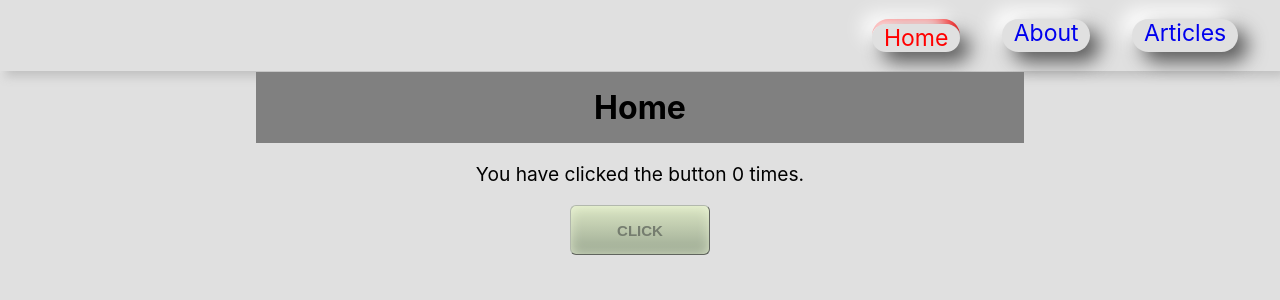
Repository: ShindanoSingi/react-software-architecture-course
Page: /
An editor plug-in stored every save of this project. The page is shown before and after the next save, followed by the edit.
The browser window is 1280 px wide. The pictures show the whole page.
The project was rebuilt for these pictures with package versions that can differ from the ones it lists, and the page was loaded fresh each time. Also part of the build but not shown: src/App.css, src/pages/About.js, src/pages/Articles.js.

Above is the page before, as saved 2022-12-26 14:11:50.

### public/index.html
<!DOCTYPE html>
<html lang="en">
  <head>
    <meta charset="utf-8" />
    <link rel="icon" href="%PUBLIC_URL%/favicon.ico" />
    <meta name="viewport" content="width=device-width, initial-scale=1" />
    <meta name="theme-color" content="#000000" />
    <meta
      name="description"
      content="Web site created using create-react-app"
    />
    <link rel="apple-touch-icon" href="%PUBLIC_URL%/logo192.png" />
    <!--
      manifest.json provides metadata used when your web app is installed on a
      user's mobile device or desktop. See https://developers.google.com/web/fundamentals/web-app-manifest/
    -->
    <link rel="manifest" href="%PUBLIC_URL%/manifest.json" />
    <!--
      Notice the use of %PUBLIC_URL% in the tags above.
      It will be replaced with the URL of the `public` folder during the build.
      Only files inside the `public` folder can be referenced from the HTML.

      Unlike "/favicon.ico" or "favicon.ico", "%PUBLIC_URL%/favicon.ico" will
      work correctly both with client-side routing and a non-root public URL.
      Learn how to configure a non-root public URL by running `npm run build`.
    -->
    <!-- {{ styles }} -->
    <title>React App</title>
  </head>
  <body>
    <noscript>You need to enable JavaScript to run this app.</noscript>
    <div id="root"></div>
    <!--
      This HTML file is a template.
      If you open it directly in the browser, you will see an empty page.

      You can add webfonts, meta tags, or analytics to this file.
      The build step will place the bundled scripts into the <body> tag.

      To begin the development, run `npm start` or `yarn start`.
      To create a production bundle, use `npm run build` or `yarn build`.
    -->
  </body>
</html>

### src/index.js
import React from 'react';
import ReactDOM from 'react-dom/client';
import './index.css';
import App from './App';
import reportWebVitals from './reportWebVitals';
import { BrowserRouter } from 'react-router-dom';
import { hydrate } from 'react-dom';

// const root = ReactDOM.createRoot(document.getElementById('root'));
hydrate(
  <BrowserRouter>
    <App />
  </BrowserRouter>,
  document.getElementById("root")
);

// If you want to start measuring performance in your app, pass a function
// to log results (for example: reportWebVitals(console.log))
// or send to an analytics endpoint. Learn more: https://bit.ly/CRA-vitals
reportWebVitals();

### src/index.css
body {
  margin: 0;
  font-family: -apple-system, BlinkMacSystemFont, 'Segoe UI', 'Roboto', 'Oxygen',
    'Ubuntu', 'Cantarell', 'Fira Sans', 'Droid Sans', 'Helvetica Neue',
    sans-serif;
  -webkit-font-smoothing: antialiased;
  -moz-osx-font-smoothing: grayscale;

  background: #e0e0e0;
  box-shadow: 5px 5px 10px #bebebe,
      -5px -5px 10px #ffffff;
}

.container::-webkit-scrollbar {
  display: none;
}

.p{
  font-size: 1.2em;
}

button{
  margin: 0 auto;
  font-size:15px;
  font-family:Arial;
  width:140px;
  height:50px;
  border-width:1px;
  color:#757d6f;
  border-color:#b2b8ad;
  font-weight:bold;
  border-top-left-radius:6px;
  border-top-right-radius:6px;
  border-bottom-left-radius:6px;
  border-bottom-right-radius:6px;
  box-shadow:inset 0px 0px 14px -3px #f2fadc;
  text-shadow:inset 0px 1px 0px #ced9bf;
  background:linear-gradient(#dbe6c4, #9ba892);
}

.button:hover {
  background-color: linear-gradient(#47583a, #91ca16);
}

.container {
  -ms-overflow-style: none;
  scrollbar-width: none;
}

code {
  font-family: source-code-pro, Menlo, Monaco, Consolas, 'Courier New',
    monospace;
}

h1 {
  text-align: center;
  margin: 0rem;
  padding: 0.5em;
}

.is-active {
  color: red;
  border-top: 5px solid red;
  border-radius: 205px;
}

.home,
.about,
.articles {
  border-radius: 205px;
  background: #e0e0e0;
  box-shadow: 10px 10px 19px #5a5a5a,
      -10px -10px 19px #ffffff;
  padding: 0 0.5em;
}

.list-container,
a {
  font-size: 1.2em;
  list-style: none;
  text-decoration: none;
  display: flex;
  justify-content: flex-end;
  gap: 1em;
  margin-right: 1em;
}

h1{
  background:grey;
}

p{
  font-size: 1.2em;
}

.nav-bar {
  position: fixed;
  width: 100%;
  top: 0;
  background: #e0e0e0;
  box-shadow: 5px 5px 10px #bebebe,
      -5px -5px 10px #ffffff;
}

.div-container {
  color: black;
}

.counter-button-contianer{
  display: grid;
  justify-content: center;
}

.container {
  position: fixed;
  top: 4.5em;
  width: 60%;
  margin: 0 20%;
  max-height: 90%;
  overflow-y: scroll;

}

### src/App.js
import React from 'react';
import './App.css';
import { Routes, Route, NavLink } from 'react-router-dom';
import Home from './pages/Home';
import About from './pages/About';
import Articles from './pages/Articles';


function App() {

   return (
   <>
      <nav className='nav-bar'>
      <ul className='list-container'>
        <NavLink to='/' className={({isActive}) => isActive ? "is-active" : null}>
          <li className='home'>Home</li>
        </NavLink>

        <NavLink to='/about' className={({isActive}) => isActive ? "is-active" : null}>
          <li className='about'>About</li>
        </NavLink>

        <NavLink to='/articles' className={({isActive}) => isActive ? "is-active" : null}>
          <li className='articles'>Articles</li>
        </NavLink>
      </ul>

    </nav>
      <Routes>
        <Route path='/' element={<Home />}/>
        <Route path='about' element={<About />}/>
        <Route path='articles' element={<Articles />}/>
      </Routes>
    </>
   )
   ;
}

 export default App;

### src/pages/Home.js
import React from 'react'
import CounterButton from './CounterButton'

function Home() {
  return (
    <div className='container'>
      <h1>Home</h1>
	<CounterButton />
    </div>
  )
}

export default Home

### src/pages/CounterButton.js
import { React, useState } from 'react'

const CounterButton = () => {
    const [numberOfClick, setNumberofClicks] = useState(0);
  return (
    <div className='counter-button-contianer'>
      <p>You have clicked the button {numberOfClick} times.</p>
      <button onClick={()=>{
        setNumberofClicks(numberOfClick + 1);
      }}>CLICK</button>
    </div>
  )
}

export default CounterButton

Loaded but not shown: src/reportWebVitals.js (common file)

After the next save:
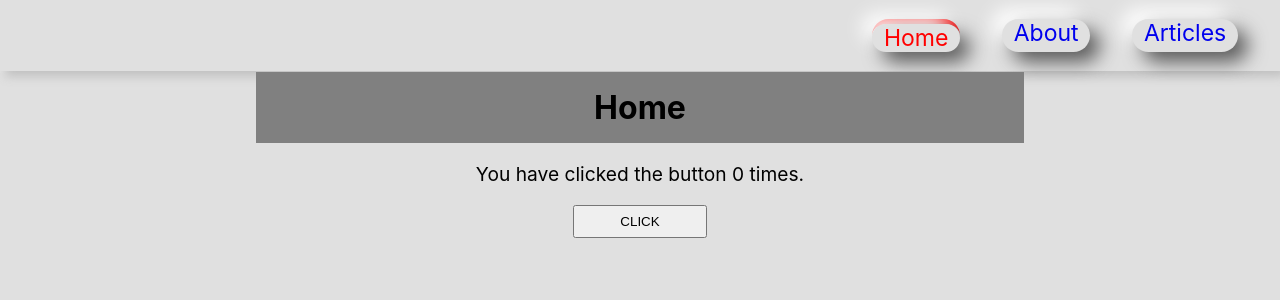
Saved 118 s later.
--- a/src/index.css
+++ b/src/index.css
@@ -20,26 +20,9 @@ body {
 }
 
 button{
+  padding: 0.5em;
+  width: 10em;
   margin: 0 auto;
-  font-size:15px;
-  font-family:Arial;
-  width:140px;
-  height:50px;
-  border-width:1px;
-  color:#757d6f;
-  border-color:#b2b8ad;
-  font-weight:bold;
-  border-top-left-radius:6px;
-  border-top-right-radius:6px;
-  border-bottom-left-radius:6px;
-  border-bottom-right-radius:6px;
-  box-shadow:inset 0px 0px 14px -3px #f2fadc;
-  text-shadow:inset 0px 1px 0px #ced9bf;
-  background:linear-gradient(#dbe6c4, #9ba892);
-}
-
-.button:hover {
-  background-color: linear-gradient(#47583a, #91ca16);
 }
 
 .container {
